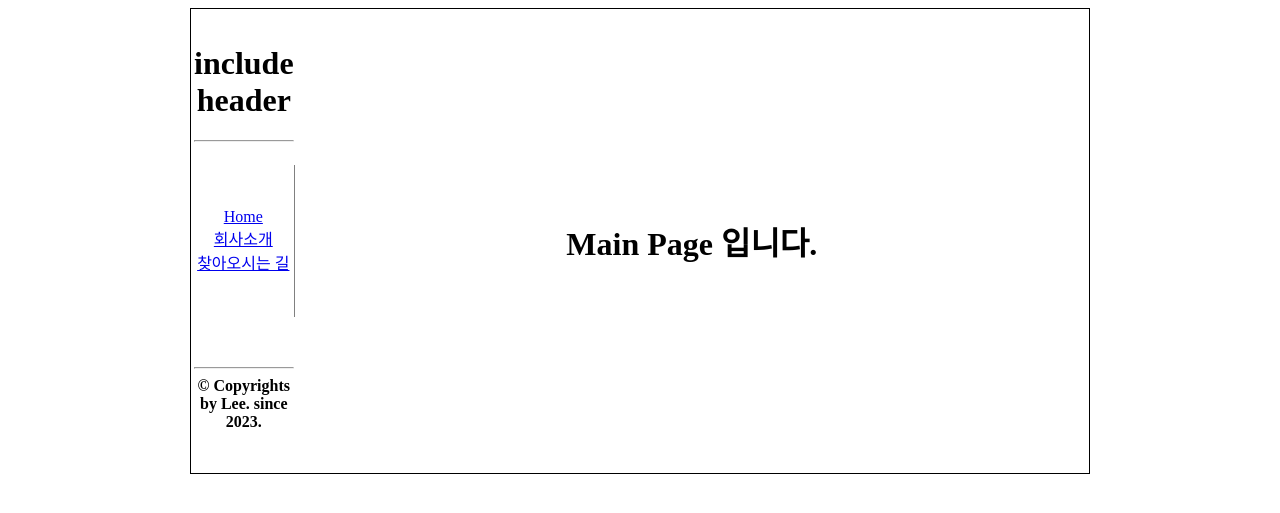
Repository: gh-56/jsp_workspace_al
Page: http://localhost/12_template_page/
An editor plug-in stored every save of this project. The page is shown before and after the next save, followed by the edit.
The browser window is 1280 px wide. The pictures show the whole page.
The page is served by Tomcat 9.

Above is the page before, as saved 2023-10-18 02:12:13.

### 12_template_page/src/main/webapp/index.jsp
<%@ page language="java" contentType="text/html; charset=UTF-8"
    pageEncoding="UTF-8"%>
<!DOCTYPE html>
<html>
<head>
<meta charset="UTF-8">
<title>index.jsp</title>
<style>
	table{
		margin:0 auto;
		text-align: center;
		border: 1px solid black;
		width: 900px;
	}
	table tr td:first-child{
		border-right:1px solid gray;
	}
	aside ul{
		padding: 0;
	}
	aside ul li{
		list-style: none;
	}
</style>
</head>
<body>
	<table>
		<tr>
			<th colspan="2" height="150">
				<jsp:include page="header.jsp"></jsp:include>
			</th>
		</tr>
		<tr>
			<td colspan="2" height="150">
				<jsp:include page="aside.jsp"></jsp:include>
			</td>
			<td width="790">
				<!-- 본문 내용 -->
				<jsp:include page="default.jsp"/>
			</td>
		</tr>
		<tr>
			<th colspan="2" height="150">
				<jsp:include page="footer.jsp"></jsp:include>
			</th>
		</tr>
	</table>
</body>
</html>

### 12_template_page/src/main/webapp/header.jsp
<%@ page language="java" contentType="text/html; charset=UTF-8"
    pageEncoding="UTF-8"%>
<!-- header.jsp -->
<h1>include header</h1>
<hr/>

### 12_template_page/src/main/webapp/aside.jsp
<%@ page language="java" contentType="text/html; charset=UTF-8"
    pageEncoding="UTF-8"%>
<!-- aside.jsp -->
<aside>
	<ul>
		<li>
			<a href="index.jsp">Home</a>
		</li>
		<li>
			<a href="index.jsp">회사소개</a>
		</li>
		<li>
			<a href="index.jsp">찾아오시는 길</a>
		</li>
	</ul>
</aside>

### 12_template_page/src/main/webapp/default.jsp
<%@ page language="java" contentType="text/html; charset=UTF-8"
    pageEncoding="UTF-8"%>
<!-- default.jsp -->
<h1>Main Page 입니다.</h1>

### 12_template_page/src/main/webapp/footer.jsp
<%@ page language="java" contentType="text/html; charset=UTF-8"
    pageEncoding="UTF-8"%>
<!-- footer.jsp -->
<hr/>
<center>
	&copy; Copyrights by Lee. since 2023.
</center>

After the next save:
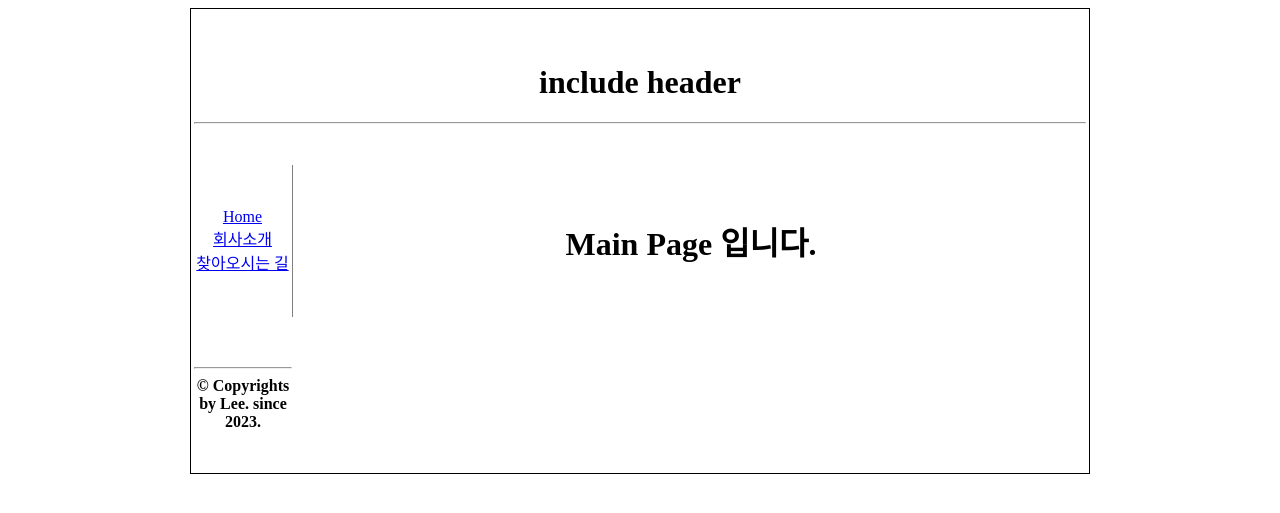
Saved 31 s later.
--- a/12_template_page/src/main/webapp/index.jsp
+++ b/12_template_page/src/main/webapp/index.jsp
@@ -26,7 +26,7 @@
 <body>
 	<table>
 		<tr>
-			<th colspan="2" height="150">
+			<th colspan="20" height="150">
 				<jsp:include page="header.jsp"></jsp:include>
 			</th>
 		</tr>
